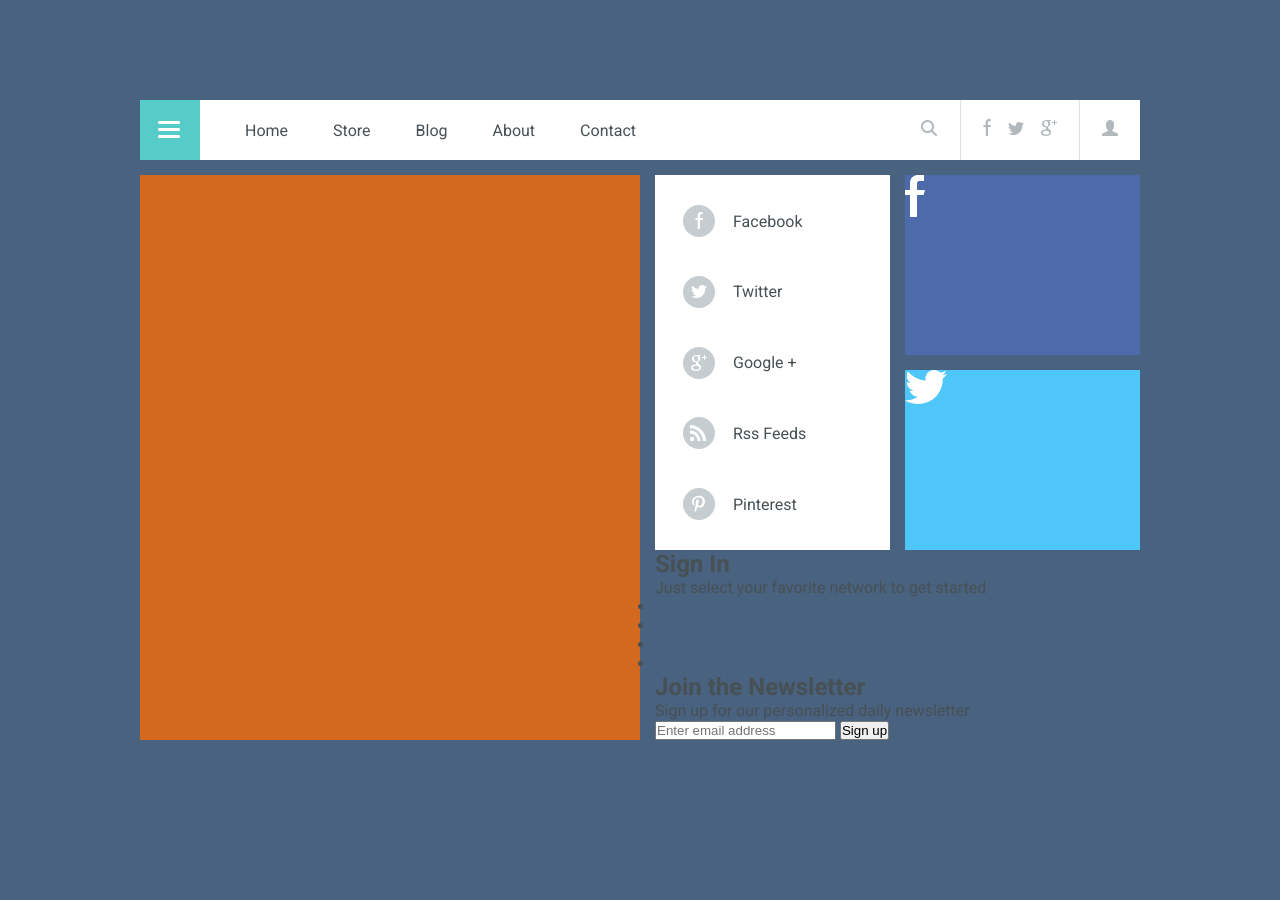
Repository: pawelczubak/WeeklyWebDevChallenge
Page: Challenge_4/index.html
The author's editor kept a copy of each file at every save. The page is drawn from the files as they stood at one save, then again after the next save.
The browser window is 1280 px wide. The pictures show the whole page.
Some web libraries are served in a nearby version.

Above is the page before, as saved 2020-04-27 21:06:05.

After the next save:
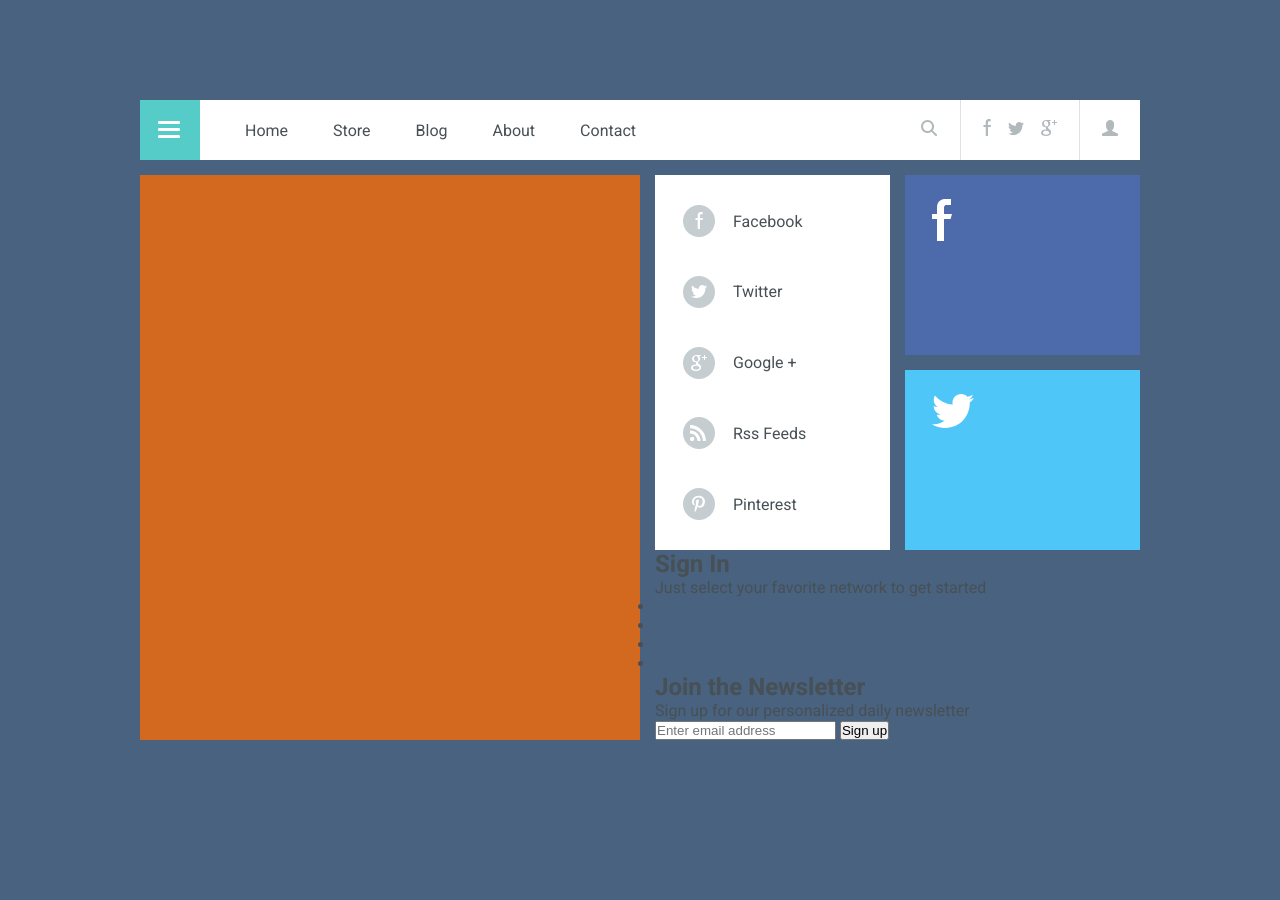
Saved 114 s later.
--- a/Challenge_4/css/main.css
+++ b/Challenge_4/css/main.css
@@ -209,6 +209,10 @@ body {
 .socials-container__twitter-widget {
     height: 180px;
     background-color: #4fc6f8;
+}
+
+.social-container__svg {
+    margin: 24px 0 0 27px
 }
 
 /*------------------  SOCIAL SECTION END  ------------------*/
